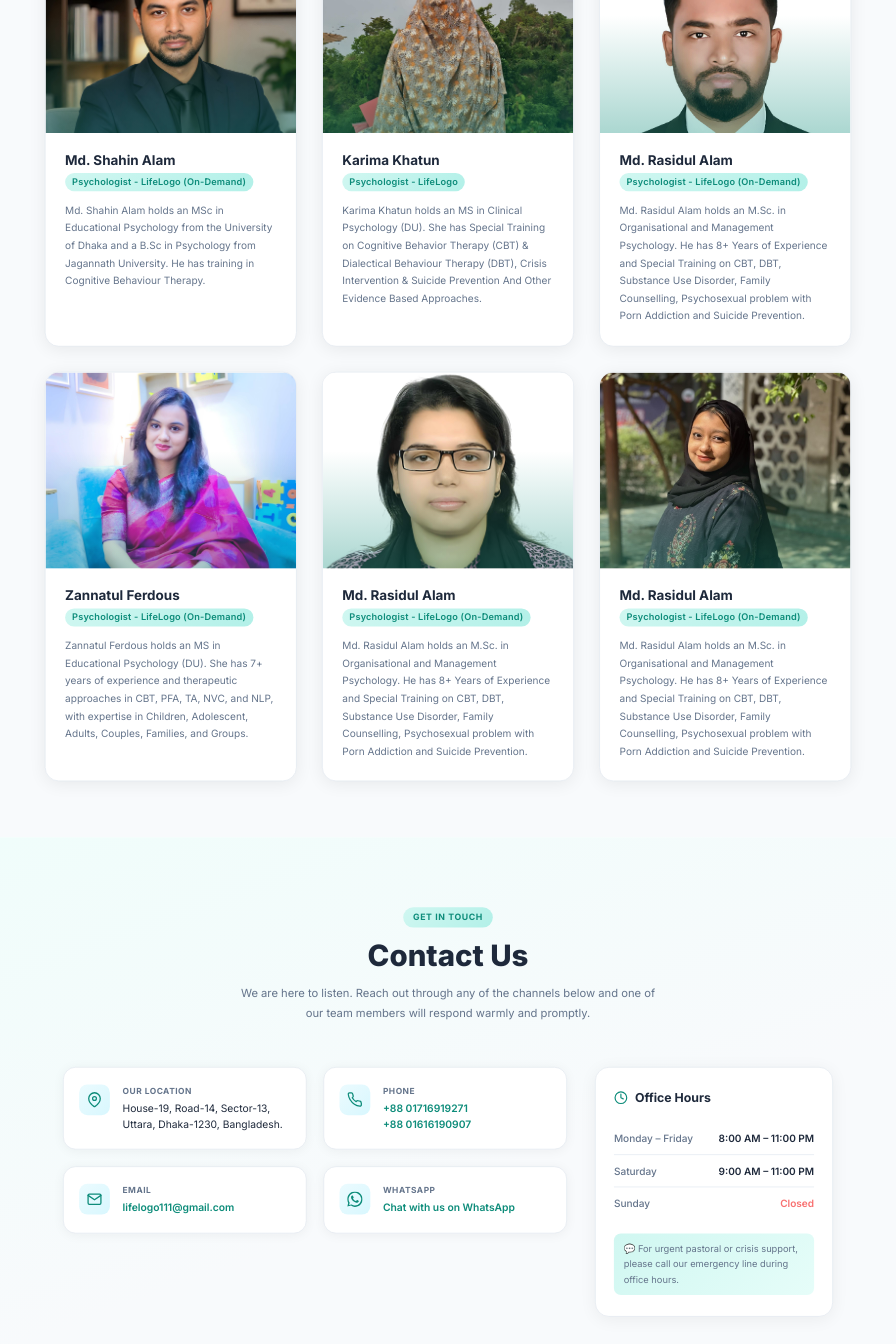
Repository: Tan47s/Lifelogo
Page: /
These files come from the project's save history. The page is drawn as it stood at one moment and after the next save; the edit follows.
The browser window is 1280 px wide. The pictures show the part of the page from y = 3253 to 5173 px (the page is 5584 px tall), at 70% of full size.
The project was rebuilt for these pictures with package versions that can differ from the ones it lists, and the page was loaded fresh each time. Also part of the build but not shown: vite.config.js.

Above is the page before, as saved 2026-08-22 11:01:14.

After the next save:
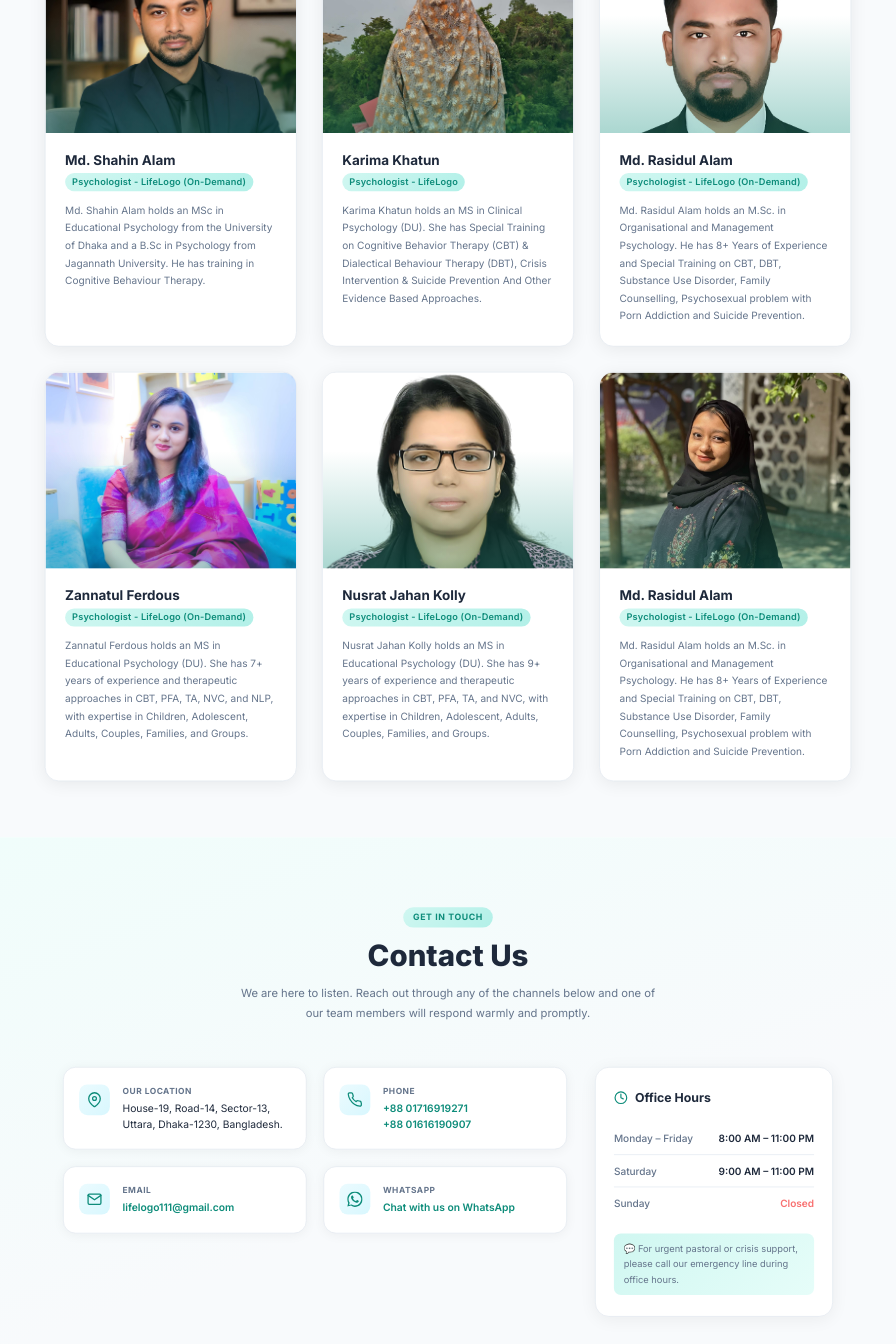
Saved 55 s later.
--- a/src/comp/Counsellors.jsx
+++ b/src/comp/Counsellors.jsx
@@ -55,9 +55,9 @@ const counsellors = [
   },
     {
     img: c8,
-    name: 'Md. Rasidul Alam',
+    name: 'Nusrat Jahan Kolly',
     role: 'Psychologist - LifeLogo (On-Demand)',
-    bio: 'Md. Rasidul Alam holds an M.Sc. in Organisational and Management Psychology. He has 8+ Years of Experience and Special Training on CBT, DBT, Substance Use Disorder, Family Counselling, Psychosexual problem with Porn Addiction and Suicide Prevention.',
+    bio: 'Nusrat Jahan Kolly holds an MS in Educational Psychology (DU). She has 9+ years of experience and therapeutic approaches in CBT, PFA, TA, and NVC, with expertise in Children, Adolescent, Adults, Couples, Families, and Groups.',
   },
     {
     img: c9,
